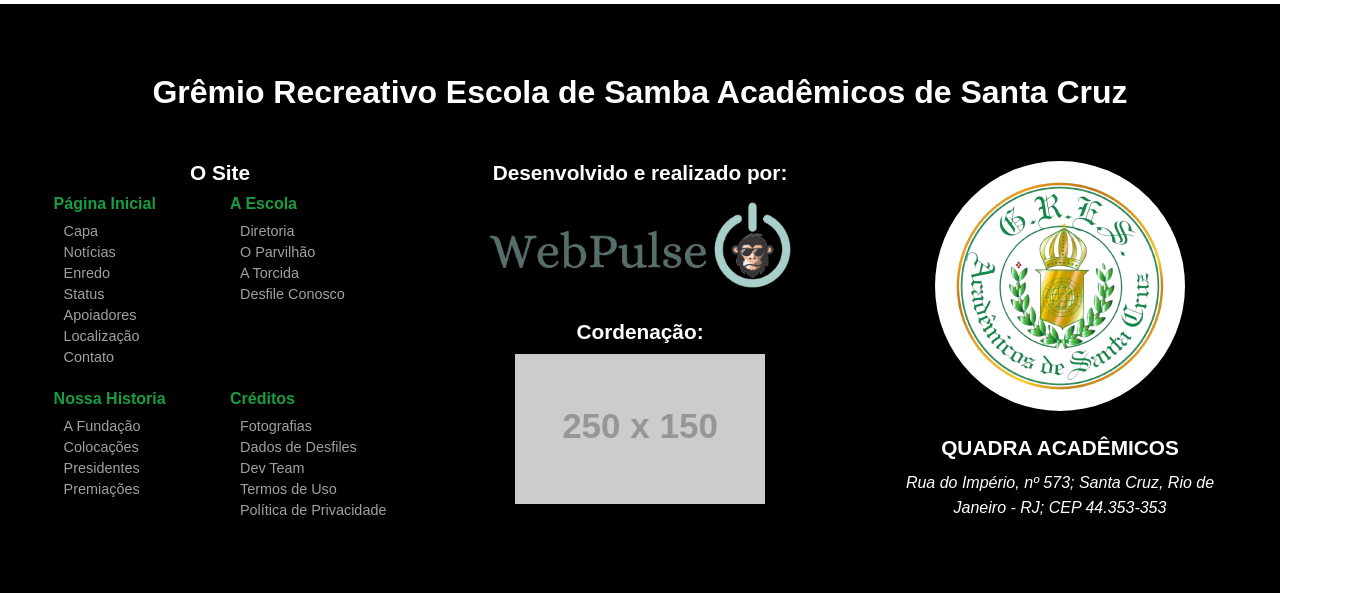
Repository: Lorsuz/gresasco
Page: index.html
These files come from the project's save history. The page is drawn as it stood at one moment and after a run of saves; the edit follows.
The browser window is 1280 px wide. The page is 1350 px wide, so the pictures cover 1350 px, including what lies to the right of the window. The pictures show the part of the page from y = 3546 to 4139 px (the page is 4139 px tall).
Some web fonts or font styles are not loaded; a fallback is used. The style sheet was rebuilt from its Sass, Less or Tailwind sources for each picture, by a compiler version that may differ from the author's.

Above is the page before, as saved 2023-11-05 17:40:06.

### index.html
<!DOCTYPE html>
<html lang="en">
	<head>
		<meta charset="UTF-8">
		<meta name="viewport" content="width=device-width, initial-scale=1.0">
		<link rel="shortcut icon" href="/components/assets/images/logo - gresasc.jpg" type="image/x-icon">
		<title>Home</title>
		<link rel="stylesheet" href="/components/css/partials/header.css">
		<link rel="stylesheet" href="/components/css/index.css">
		<link rel="stylesheet" href="/components/css/partials/footer.css">
		<link rel="stylesheet" href="https://cdnjs.cloudflare.com/ajax/libs/font-awesome/6.4.2/css/all.min.css" integrity="sha512-z3gLpd7yknf1YoNbCzqRKc4qyor8gaKU1qmn+CShxbuBusANI9QpRohGBreCFkKxLhei6S9CQXFEbbKuqLg0DA==" crossorigin="anonymous" referrerpolicy="no-referrer" />
		<link rel="stylesheet" href="https://cdn.jsdelivr.net/npm/swiper@11/swiper-bundle.min.css" />
		<link rel="stylesheet" href="https://cdn.jsdelivr.net/npm/bootstrap-icons@1.11.1/font/bootstrap-icons.css">
	</head>
	<body>
		<header class="wrapper">
			<article class="nav-bar wrapper__container">
				<section class="logo">
					<img src="/components/assets/images/logo - gresasc.jpg" alt="">
				</section>
				<nav>
					<ul>
						<li><a href="#">Página Inicial</a></li>
						<li><a href="#">A Escola</a></li>
						<li><a href="#">Nossa Historia</a></li>
						<li><a href="#">Socio Torcedor</a></li>
						<li><a href="#">Créditos</a></li>
					</ul>
				</nav>
			</article>
		</header>
		<main class="">
			<section class="cover wrapper">
				<div class="wrapper__container">
					<div class="left">
						<div class="container">
							<h2>Grêmio Recreativo Escola de Samba</h2>
							<h1>Acadêmicos de Santa Cruz</h1>
							<p>Bem-vindos! Aqui o samba é vida, a cultura é paixão e a alegria é eterna. No coração de Santa Cruz,
								encontre a felicidade em cada batida de tambor. Feliz da vida é quem tem a Santa Cruz no coração.</p>
							<a href="/components/pages/not-found.html">Ir para Loja</a>
						</div>
					</div>
					<div class="right">
						<div class="img">
							<img src="/components/assets/images/logo - gresasc.jpg" alt="">
						</div>
						<ul class="social-links">
							<li>
								<a href="">
									<i class="fa-brands fa-instagram"></i>
								</a>
							</li>
							<li>
								<a href="">
									<i class="fa-brands fa-facebook"></i>
								</a>
							</li>
							<li>
								<a href="">
									<i class="fa-brands fa-youtube"></i>
								</a>
							</li>
							<li>
								<a href="">
									<i class="fa-brands fa-x-twitter"></i>
								</a>
							</li>
						</ul>
					</div>
				</div>
			</section>
			<article class="nav-info">
				<section class="contact">
					<div>
						<i class="fa-solid fa-phone"></i>
						<span>+55 (43) 9 3421-7348</span>
					</div>
					<div>
						<i class="fa-solid fa-envelope"></i>
						<span>gresasc@academicos.com</span>
					</div>
				</section>
				<p>Siga-nos e consiga a chance de ganhar 80% de desconto</p>
				<section class="social-network">
					<span>Redes Sociais:</span>
					<div>
						<a href=""><i class="fa-brands fa-twitter"></i></a>
						<a href=""><i class="fa-brands fa-instagram"></i></a>
						<a href=""><i class="fa-brands fa-youtube"></i></a>
						<a href=""><i class="fa-brands fa-facebook"></i></a>
					</div>
				</section>
			</article>
			<section class="banner">
				<div class="slides">
				</div>
				<div class="prev"></div>
				<div class="next"></div>
				<div class="pagination"></div>
				<div class="img"><img src="https://placehold.co/1350x700" alt=""></div>
			</section>
			<section class="plot wrapper">
				<div class="description">
					<h2>Enredo 2024</h2>
					<h1>As bruxas estão soltas!</h1>
					<p>O enredo "As Bruxas Estão Soltas!" celebra o poder feminino, explorando a manifestação das energias
						ancestrais através da Deusa Terra e dos quatro elementos da criação.
					</p>
					<p> A narrativa aborda a conexão entre passado e presente, destacando as mulheres que, ao longo da
						história,
						detinham conhecimentos medicinais e
						espirituais, mas foram perseguidas sob a acusação de bruxaria.
					</p>
					<p>O enredo também aborda a resistência dessas
						mulheres e sua contínua luta contra o machismo e a intolerância, honrando a força do sagrado feminino e
						a
						capacidade de voar além dos limites impostos, como estrelas brilhantes no céu.</p>
					<span>Iae, gostou? Para ter acesso a nossa sinopse completa basta baixar o PDF a baixo:</span>
					<button class="custom-button">Baixar Sinopse</button>
				</div>
				<div class="disc-cover">
					<img src="/components/assets/images/Plot/plot-2024.jpeg" alt="Logo Enredo-2024">
					<div class="icons">
						<button id="play-song">
							<i class="bi bi-play"></i>
						</button>
						<button id="pause-song">
							<i class="bi bi-pause"></i>
						</button>
					</div>
				</div>
			</section>
			<section class="sponsors">
				<h1>Patrocinadores e Apoiadores</h1>
				<div class="swiper">
					<div class="swiper-wrapper"></div>
					<div class="swiper-pagination"></div>
				</div>
			</section>
			<section class="details">
				<ul>
					<li>
						<h2>15</h2>
						<h3>Anos</h3>
					</li>
					<li>
						<h2>150K</h2>
						<h3>Membros</h3>
					</li>
					<li>
						<h2>15</h2>
						<h3>Trofeus</h3>
					</li>
					<li>vb
						<h2>100+</h2>
						<h3>Patrocinios</h3>
					</li>
				</ul>
			</section>
			<section class="map">
				<iframe src="https://www.google.com/maps/embed?pb=!1m18!1m12!1m3!1d3674.902216920123!2d-43.69324992558163!3d-22.916977238233624!2m3!1f0!2f0!3f0!3m2!1i1024!2i768!4f13.1!3m3!1m2!1s0x9bf7524c69eb5b%3A0xc5d324fb7fbbd336!2sR.%20do%20Imp%C3%A9rio%2C%20573%20-%20Santa%20Cruz%2C%20Rio%20de%20Janeiro%20-%20RJ%2C%2023555-024!5e0!3m2!1spt-BR!2sbr!4v1698871972883!5m2!1spt-BR!2sbr" width="600" height="450" style="border:0;" allowfullscreen="" loading="lazy" referrerpolicy="no-referrer-when-downgrade"></iframe>
			</section>
		</main>
		<footer>
			<h1>Grêmio Recreativo Escola de Samba Acadêmicos de Santa Cruz</h1>
			<section class="container wrapper">
				<article class="structure">
					<h2>O Site</h2>
					<ul>
						<li><a href="#">Página Inicial</a>
							<ul>
								<li><a href="">Capa</a></li>
								<li><a href="">Notícias</a></li>
								<li><a href="">Enredo</a></li>
								<li><a href="">Status</a></li>
								<li><a href="">Apoiadores</a></li>
								<li><a href="">Localização</a></li>
								<li><a href="">Contato</a></li>
							</ul>
						</li>
						<li><a href="#">A Escola</a>
							<ul>
								<li><a href="">Diretoria</a></li>
								<li><a href="">O Parvilhão</a></li>
								<li><a href="">A Torcida</a></li>
								<li><a href="">Desfile Conosco</a></li>
							</ul>
						</li>
						<li><a href="#">Nossa Historia</a>
							<ul>
								<li><a href="">A Fundação</a></li>
								<li><a href="">Colocações</a></li>
								<li><a href="">Presidentes</a></li>
								<li><a href="">Premiações</a></li>
							</ul>

						</li>
						<li><a href="#">Créditos</a>
							<ul>
								<li><a href="">Fotografias</a></li>
								<li><a href="">Dados de Desfiles</a></li>
								<li><a href="">Dev Team</a></li>
								<li><a href="">Termos de Uso</a></li>
								<li><a href="">Política de Privacidade</a></li>
							</ul>
						</li>
				</article>
				<article class="dev">
					<h2>Desenvolvido e realizado por:</h2>
					<div class="img"><img src="/components/assets/images/Logo/webpulse sem bg.png" alt="Logo do Desenvolvedor"></div>
					<h2>Cordenação:</h2>
					<img src="https://placehold.co/250x150" alt="Logo da Cordenação">
				</article>
				<article class="address">
					<img src="/components/assets/images/Logo/santa-cruz-logo-removebg-preview.png" alt="Logo da escola">
					<h2>QUADRA ACADÊMICOS</h2>
					<address>Rua do Império, nº 573; Santa Cruz, Rio de Janeiro - RJ; CEP 44.353-353</address>
				</article>
			</section>
		</footer>
		<script type="module" src="/components/js/index.js" deffer></script>
		<script src="https://cdn.jsdelivr.net/npm/swiper@11/swiper-bundle.min.js" deffer></script>
	</body>
</html>

### components/js/index.js
import './APIs/Sponsors.js';

### components/js/APIs/Sponsors.js
import sponsors from '../functions/Swiper.js';

const container = document.querySelector( '.sponsors .swiper-wrapper' );

fetch( "components/json/data.json" ).then( ( response ) => {
	response.json().then( ( data ) => {
		data.sponsors.map( ( obj ) => {
			container.innerHTML +=
				`
				<div class="swiper-slide">
				<img
					src="${ obj.image }"
					alt="${ obj.alt }">
				</div>
				`;
		} );
		sponsors();
	} );
} );

### components/js/functions/Swiper.js
import SwiperConfigSponsors from "../classes/SwiperConfigSponsors.js";

function sponsors() {
	return new Swiper('.sponsors .swiper', SwiperConfigSponsors);
}

export default sponsors

### components/js/classes/SwiperConfigSponsors.js
const SwiperConfigSponsors = {
	direction: 'horizontal',
	loop: true,
	slidesPerView: 1,
	grabCursor: true,
	autoplay: {
		delay: 2500,
		disableOnInteraction: false,
	},
	pagination: {
		el: '.swiper-pagination',
		clickable: true,
	},
	navigation: {
		nextEl: '.swiper-button-next',
		prevEl: '.swiper-button-prev',
	},
	scrollbar: {
		el: '.swiper-scrollbar',
	},
	mousewheel: {
		forceToAxis: true,
	},
	breakpoints: {
		740: {
			slidesPerView: 2,
		},
		1024: {
			slidesPerView: 3,
		},
	},
};

export default SwiperConfigSponsors;

### components/json/data.json
{
	"sponsors": [
		{
			"image": "https://upload.wikimedia.org/wikipedia/commons/thumb/c/ce/Coca-Cola_logo.svg/2560px-Coca-Cola_logo.svg.png",
			"alt": ""
		},
		{
			"image": "https://upload.wikimedia.org/wikipedia/commons/thumb/e/e9/Pepsi_logo_2008.svg/2560px-Pepsi_logo_2008.svg.png",
			"alt": ""
		},
		{
			"image": "https://1000logos.net/wp-content/uploads/2017/03/McDonalds-Logo-1953.png",
			"alt": ""
		},
		{
			"image": "https://responseservices.net/public/uploads/employer/JOBPORTAL-1639545744.png",
			"alt": ""
		},
		{
			"image": "https://seeklogo.com/images/C/Corinthians_Bras_and__227_o-logo-E92E44B595-seeklogo.com.png",
			"alt": ""
		},
		{
			"image": "https://upload.wikimedia.org/wikipedia/commons/thumb/6/6f/Brasao_do_Sao_Paulo_Futebol_Clube.svg/2054px-Brasao_do_Sao_Paulo_Futebol_Clube.svg.png",
			"alt": ""
		},
		{
			"image": "/components/assets/images/Sponsors/La-Dame-Femme.png",
			"alt": ""
		}
	]
}

### components/sass/partials/header.scss
@import url("./global.css");

header {
	* {
		color: rgb(218, 218, 218);
	}

	.nav-bar {
		display: flex;
		justify-content: space-between;
		align-items: center;

		section {
			height: 70px;

			&.logo {
				display: flex;
				align-items: center;
				justify-content: center;

				img {
					width: 60px;
					margin-right: 15px;
				}

				span {
					font-size: 2rem;
					color: var(--color-text-soft);
					font-weight: bold;
				}
			}

		}

		nav {
			display: flex;

			ul {
				display: flex;

				li {
					margin: 0 20px;

					a {
						color: var(--color-text-soft);
						font-weight: bold;
						position: relative;

						&::after {
							content: "";
							width: 0%;
							position: absolute;
							height: 3px;
							background: var(--color-primary-soft);
							top: 100%;
							left: 0;
							transition: 300ms ease-in-out;
							transform-origin: right;
						}

						&:hover::after {
							width: 100%;
						}
					}
				}
			}

		}
	}
}

### components/sass/index.scss
@import url("./partials/global.css");

main {

	.cover {
		height: 85vh;

		> div {
			align-items: center;
			display: flex;
			justify-content: space-between;

			> div {

				&.left {
					width: 50%;

					.container {
						h2 {
							color: var(--color-primary-soft);
							font-family: wedding;
							font-size: 2.5rem;
						}

						h1 {
							color: var(--color-primary-soft);
							font-family: wedding;
							font-size: 3.9rem;
							margin-bottom: 20px;
						}

						p {
							color: var(--color-text-soft);
							font-size: 1.1rem;
							margin-bottom: 50px;
						}

						a {
							background: var(--color-primary-soft);
							border-radius: 10px 0;
							color: var(--color-white);
							display: inline-block;
							font-weight: bold;
							padding: 10px 50px;

							&:hover {
								background: var(--color-primary);
								border-radius: 0px 10px;
							}
						}
					}
				}

				&.right {
					width: 40%;

					.img {
						align-items: center;
						display: flex;
						justify-content: center;
						margin-bottom: 0px;

						img {
							width: 450px;
						}
					}

					.social-links {
						display: flex;
						justify-content: center;

						li {
							margin: 0 10px;
							position: relative;
							top: 0;

							a {
								i {
									font-size: 2.4rem;
									color: var(--color-text-soft);

								}
							}

							&:hover {
								top: -5px;

								a {
									i {
										color: var(--color-primary-soft);

									}


								}
							}

						}
					}
				}
			}
		}
	}

	.nav-info {
		background: var(--color-primary);
		display: flex;
		justify-content: space-between;
		align-items: center;
		height: 40px;
		padding: 0 2%;
		grid-column: 1 / 13;

		* {

			color: #fff;
		}


		> p {
			cursor: pointer;
			font-size: 0.8rem;


			&:hover {
				color: white;
			}
		}

		section {
			display: flex;

			&.contact {
				div {
					display: flex;
					align-items: center;
					margin-right: 30px;
					cursor: pointer;

					i {
						margin-right: 5px;
					}

					span {
						font-size: 0.8rem;
					}

					&:hover {

						i,
						span {
							color: white;

						}
					}
				}
			}

			&.social-network {
				display: flex;
				align-items: center;
				justify-content: center;

				span {
					margin-right: 15px;
					font-size: 0.8rem;

				}

				a {
					margin: 0 3px;

					i {
						font-size: 1.2rem;
					}

					&:hover {
						i {
							color: white;
							cursor: pointer;

						}
					}
				}
			}
		}
	}

	.plot {
		align-items: center;
		min-height: 100vh ;


		.description {
			grid-column: 2/7;

			h2 {
				font-size: 2rem;
				color: var(--color-primary);
			}

			h1 {
				margin-bottom: 20px;
				font-size: 2.5rem;
				color: var(--color-text);
			}

			p {
				color: var(--color-text-soft);
				text-align: justify;
				margin-bottom: 10px;
			}

			span {
				margin-top: 30px;
				margin-bottom: 20px;
				display: block;
				color: var(--color-text);
			}

			button {
				display: block;
			}
		}

		.disc-cover {
			grid-column: 8/13;
			display: flex;
			justify-content: center;
			align-items: center;
			position: relative;
			width: 500px;
			box-shadow: -10px -10px 10px 0 #fff, 10px 10px 10px 0 rgba(0, 0, 0, 0.600);
			height: 400px;
			overflow: hidden;
			border-radius: 6px;


			img {
				display: flex;
				justify-content: center;
				align-items: center;
				width: 100%;
				height: 100%;
				object-fit: cover;
			}

			.icons {
				align-items: center;
				background: rgba(0, 0, 0, 0.6);
				border-radius: 6px;
				display: flex;
				height: 100%;
				justify-content: center;
				left: 0;
				opacity: 0;
				position: absolute;
				top: 0;
				transition: 300ms;
				width: 100%;


				button {
					align-items: center;
					border-radius: 50%;
					border: 3px solid transparent;
					cursor: pointer;
					display: flex;
					height: 80px;
					justify-content: center;
					transition: 300ms;
					width: 80px;
					background: #000;


					i {
						color: white;
						font-size: 4rem;
					}

					&#play-song {
						padding-left: 8px;
					}

					&#pause-song {
						display: none;
					}

					&:hover {
						border: 3px solid white;
					}
				}
			}


			&:hover .icons {
				opacity: 1;
			}


		}

	}

	.sponsors {
		padding: 50px 0;
		height: 500px;

		h1 {
			font-size: 2rem;
			text-align: center;
			text-transform: uppercase;
			font-family: Poppins, sans-serif;
			color: var(--color-text);

		}

		.swiper {
			.swiper-wrapper {
				height: 300px;

				.swiper-slide {
					display: flex;
					align-items: center;
					justify-content: center;
					overflow: hidden;
					border-radius: 5px;

					img {
						width: 350px;
						height: 200px;
						object-fit: scale-down;
					}
				}
			}

			.swiper-button-prev {}

			.swiper-button-next {}

			.swiper-pagination {
				.swiper-pagination-bullet {
					background: var(--color-primary);
				}
			}

			.scrollbar {}

		}
	}
	.details{
		display: flex;
		justify-content: center;
		align-items: center;
		min-height: 400px;
		ul{
			display: flex;
			li{
				padding: 40px;
				h2{
					font-size: 5rem;
					color: var(--color-text);
					text-align: center;
				}
				h3{
					color: var(--color-text-soft);
					text-align: center;

				}
			}
		}
	}
	.map{
		iframe{
			width: 100%;
			height: 500px;
		}
	}
}

### components/sass/partials/footer.scss
@import url('./global.css');

footer {
	background: #000;
	padding: 70px 20px;

	* {
		color: #fff;
	}

	h1 {
		text-align: center;
		margin-bottom: 50px;
	}

	.container {
		grid-template-columns: repeat(3, 1fr);
		gap: 20px;


		article {
			display: flex;
			flex-direction: column;
			align-items: center;

			h2 {
				font-size: 1.3rem;
				margin-bottom: 10px;
			}

			img {
				width: 250px;
			}

			&.structure {
				grid-column: 1fr;

				> ul {
					display: grid;
					grid-template-columns: 1fr 1fr;
					justify-content: center;
					gap: 20px;

					> li {
						display: inline-block;
						grid-column: 1fr;

						> a {
							color: var(--color-primary-soft);
							font-size: 1rem;
							display: block;
							margin-bottom: 10px;
							font-weight: bold;

							&:hover {
								color: var(--color-primary);
								text-decoration: underline;

							}
						}

						> ul {
							> li {
								padding-left: 10px;

								> a {
									color: var(--color-gray);
									font-size: 0.9rem;
									margin-bottom: 5px;
									display: block;

									&:hover {
										color: var(--color-white);
										text-decoration: underline;
									}
								}
							}
						}
					}
				}
			}

			&.dev {
				grid-column: 1fr;

				.img {
					overflow: hidden;
					display: flex;
					align-items: center;
					justify-content: center;
					width: 305px;
					height: 100px;
					position: relative;
					margin-bottom: 25px;



					img {
						width: 500px;
						position: absolute;
						// clip-path: polygon(19% 30%, 81% 30%, 81% 70%, 19% 70%);
					}
				}

			}

			&.address {
				grid-column: 1fr;

				img {
					border-radius: 50%;
					margin-bottom: 25px;
					background: #fff;
				}

				address {
					text-align: center;
					width: 80%;
					line-height: 25px;
				}

			}
		}
	}
}

### components/sass/partials/global.scss
@import url("https://fonts.googleapis.com/css2?family=Clicker+Script&display=swap");
@import url('https://fonts.googleapis.com/css2?family=Poppins:ital,wght@0,100;0,200;0,300;0,400;0,500;0,600;0,700;0,800;0,900;1,100;1,200;1,300;1,400;1,500;1,600;1,700;1,800;1,900&display=swap');

@font-face {
	font-family: wedding;
	src: url("/components/assets/fonts/Wedding\ Text\ Std\ Regular.otf");
}

@font-face {
	font-family: Poppins;
	src: url("https://fonts.googleapis.com/css2?family=Poppins:ital,wght@0,100;0,200;0,300;0,400;0,500;0,600;0,700;0,800;0,900;1,100;1,200;1,300;1,400;1,500;1,600;1,700;1,800;1,900&display=swap");
}

// @import "./animations/@keyframes.css";

:root {

	--color-primary: #008025;
	--color-black: #000000;
	--color-white: #ffffff;
	--color-gray: #a0a0a0;
	--color-text: #302e4d;

	--color-primary-soft: #1a9d40;
	--color-black-soft: #252525;
	--color-white-soft: #f2f2fc;
	--color-gray-soft: #e8dfec;
	--color-text-soft: #504e70;
}

button {
	cursor: pointer;

	* {
		cursor: pointer;
	}

	i {
		color: var(--color-primary);
		font-size: 25px;
		transition: transform 500ms ease-in-out;
	}
}

* {
	margin: 0;
	padding: 0;
	outline: none;
	border: none;
	text-decoration: none;
	box-sizing: border-box;
	list-style: none;
	font-family: "Poppins", sans-serif;
	font-family: Arial, Helvetica, sans-serif;
	transition: 300ms ease-in-out;
	// outline: 1px dotted var(--color-black-soft);
	color: var(--color-black-soft);
	background: transparent;
}

body {
	width: 100hw;
	overflow-x: hidden;

	&::-webkit-scrollbar {
		width: 5px;
	}

	&::-webkit-scrollbar-track {
		background: var(--background-middle);
	}

	&::-webkit-scrollbar-thumb {
		background: var(--color-primary);
		border-radius: 10px;
	}
}

main {
	min-height: 100vh;

	> section {
		// height: 100vh;
	}
}

.wrapper {
	display: grid;
	grid-template-columns: repeat(12, 1fr);

	.wrapper__container {
		grid-column: 2 / 12;
	}
}

.custom-button {
	display: inline-block;
	padding: 10px 50px;
	background: var(--color-primary-soft);
	color: var(--color-white);
	font-weight: bold;
	border-radius: 10px 0;
	font-size: 1.1rem;

	&:hover {
		background: var(--color-primary);
		border-radius: 0px 10px;
	}
}

After the next 4 saves:
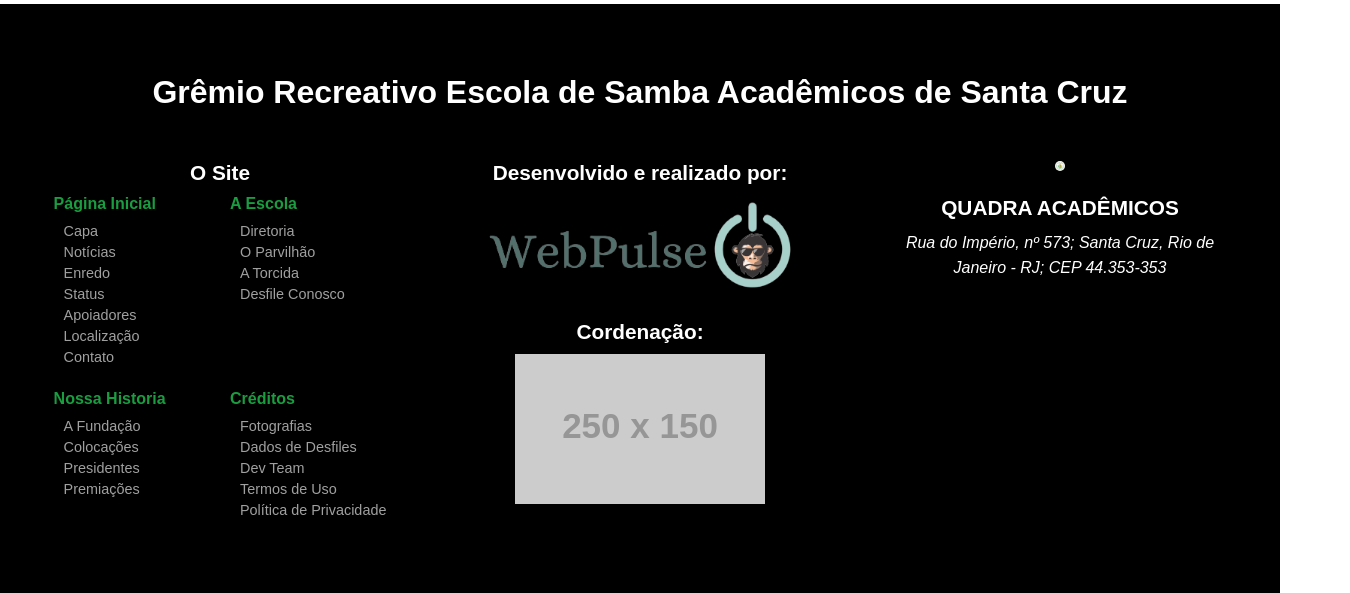
The 4 saves are shown as one change because 1 did not build or start and some came seconds apart.
The last was saved 11 s later.
--- a/components/sass/partials/footer.scss
+++ b/components/sass/partials/footer.scss
@@ -111,6 +111,7 @@ footer {
 					border-radius: 50%;
 					margin-bottom: 25px;
 					background: #fff;
+					width: 10px;
 				}
 
 				address {
